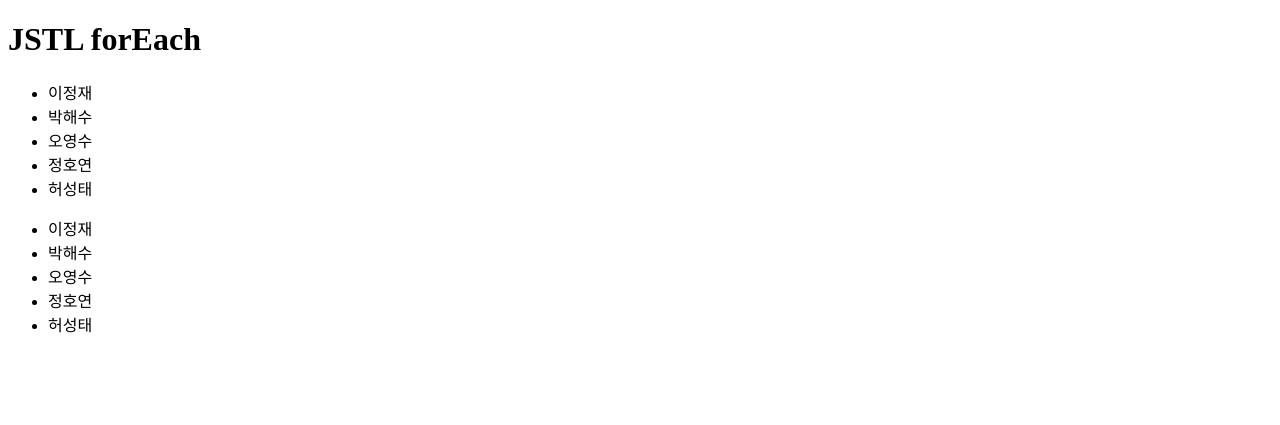
Repository: ljh5973/labweb
Page: http://localhost/JSP04/04_forEach.jsp
The author's editor kept a copy of each file at every save. The page is drawn from the files as they stood at one save, then again after the next save.
The browser window is 1280 px wide. The pictures show the whole page.
The page is served by Tomcat 9. Other server files are loaded and not shown.

Above is the page before, as saved 2022-01-11 05:57:22.

### JSP04/webapp/04_forEach.jsp
<%@ page language="java" contentType="text/html; charset=UTF-8"
    pageEncoding="UTF-8"%>
<%@ page trimDirectiveWhitespaces="true"%>
<%@ taglib prefix="c" uri="http://java.sun.com/jsp/jstl/core" %>
<!DOCTYPE html>
<html>
	<head>
		<meta charset="UTF-8">
		<title>JSTL</title>
	</head>
	<body>

	<h1>JSTL forEach</h1>

	<%
	// list 아이템으로 사용할 더미 데이터
	String[] actors={"이정재", "박해수" , "오영수","정호연", "허성태"};

	// script에서 선언한 지역 변수는 EL에서 사용할 수 없음.
	// EL에서 사용할 수 있는 변수는 pageContext, request, session, application의 속성들
	pageContext.setAttribute("actorList", actors);

	%>

	<ul>
	<%
		for(String s: actors){%>
		<li><%=s %></li>
		<% }%>

	</ul>
	<ul>
		<c:forEach var="actor" items="${actorList }">

			<li>${actor }</li>

		</c:forEach></ul>

	</body>
</html>

After the next save:
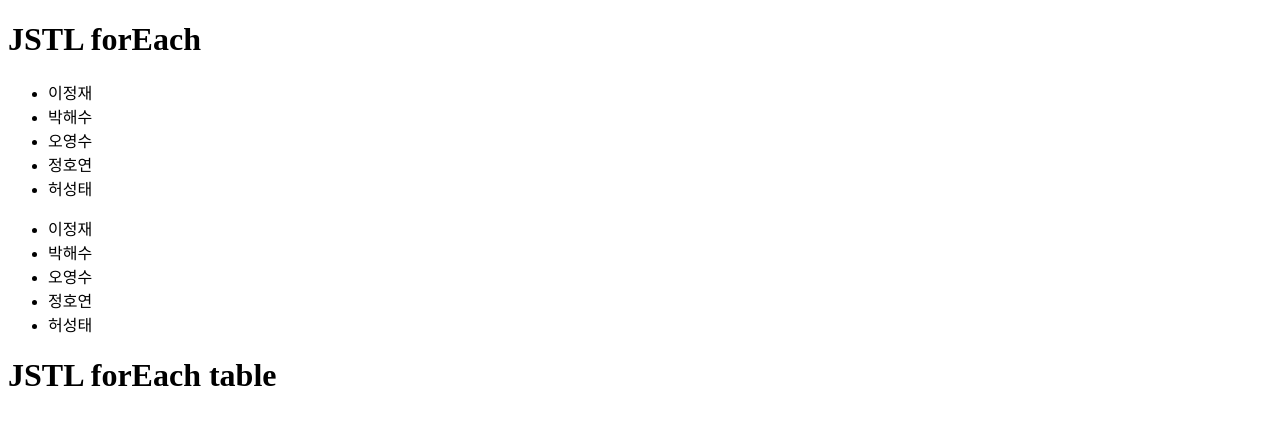
Saved 2 min 27 s later.
--- a/JSP04/webapp/04_forEach.jsp
+++ b/JSP04/webapp/04_forEach.jsp
@@ -34,7 +34,11 @@
 
 			<li>${actor }</li>
 
-		</c:forEach></ul>
+		</c:forEach>
+	</ul>
+
+
+	<h1>JSTL forEach table</h1>
 
 	</body>
 </html>
